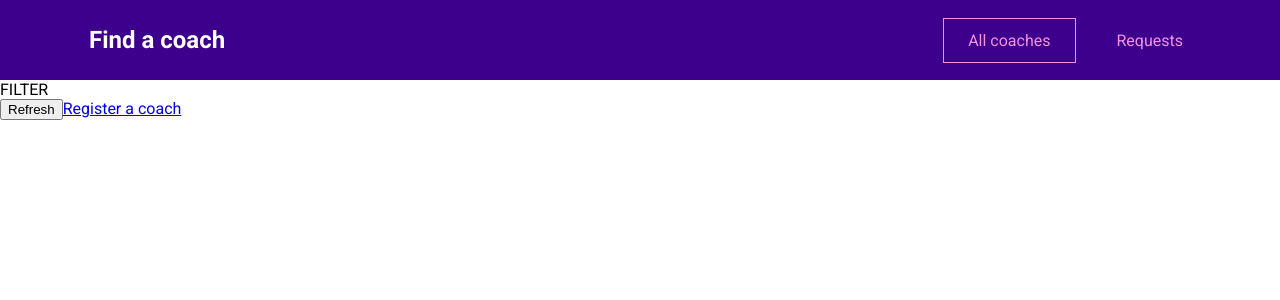
Repository: DaveBaulch/vue-course-find-a-coach
Page: /
An editor plug-in stored every save of this project. The page is shown before and after a run of saves, followed by the edit.
The browser window is 1280 px wide. The pictures show the whole page.
The project was rebuilt for these pictures with package versions that can differ from the ones it lists, and the page was loaded fresh each time. Also part of the build but not shown: src/pages/coaches/CoachDetail.vue, src/pages/coaches/CoachRegistration.vue, src/pages/requests/ContactCoach.vue, src/pages/requests/RequestsReceived.vue. Imported but missing from the stored project, and not drawn on this page: src/pages/NotFound.vue.

Above is the page before, as saved 2021-01-23 14:39:51.

### src/App.vue
<template>
  <div id="app">
    <the-header />
    <router-view/>
  </div>
</template>

<script>
  import TheHeader from './components/layout/TheHeader.vue'

  export default {
    components: {
      TheHeader
    }
  }
</script>



<style>
@import url("https://fonts.googleapis.com/css2?family=Roboto:wght@400;700&display=swap");

* {
  box-sizing: border-box;
}

html {
  font-family: "Roboto", sans-serif;
}

body {
  margin: 0;
}

</style>

### src/router/index.js
import Vue from 'vue'
import VueRouter from 'vue-router'
import CoachDetail from '../pages/coaches/CoachDetail.vue';
import CoachesList from '../pages/coaches/CoachesList.vue';
import CoachRegistation from '../pages/coaches/CoachRegistration.vue';
import ContactCoach from '../pages/requests/ContactCoach.vue';
import RequestsReceived from '../pages/requests/RequestsReceived.vue';
import NotFound from '../pages/NotFound.vue'

Vue.use(VueRouter)

const routes = [
  {
    path: '/', redirect: '/coaches'
  },
  {
    path: '/coaches', component: CoachesList
  },
  {
    path: '/coaches/:id',
    component: CoachDetail,
    children: [
      { path: 'contact', component: ContactCoach } // /coaches/c1/contact
    ]
  },
  { path: '/register', component: CoachRegistation },
  { path: '/requests', component: RequestsReceived },
  { path: '/:notFound(.*)', component: NotFound }
]

const router = new VueRouter({
  mode: 'history',
  base: process.env.BASE_URL,
  routes
})

export default router

### src/store/index.js
import Vue from 'vue'
import Vuex from 'vuex'
import coachesModule from './modules/coaches/index.js'

Vue.use(Vuex)

const store = new Vuex.Store({
  modules: {
    coaches: coachesModule
  }
})

export default store;

### src/components/layout/TheHeader.vue
<template>
<header>
  <nav>
    <h1><router-link to="/">Find a coach</router-link></h1>
    <ul>
      <li><router-link to="/coaches">All coaches</router-link></li>
      <li><router-link to="/requests">Requests</router-link></li>
    </ul>
  </nav>
</header>
</template>

<script>
export default {
}
</script>

<!-- Add "scoped" attribute to limit CSS to this component only -->
<style scoped>
header {
  width: 100%;
  height: 5rem;
  background-color: #3d008d;
  display: flex;
  justify-content: center;
  align-items: center;
}

header a {
  text-decoration: none;
  color: #f391e3;
  display: inline-block;
  padding: 0.75rem 1.5rem;
  border: 1px solid transparent;
}

a:active,
a:hover,
a.router-link-active {
  border: 1px solid #f391e3;
}

h1 {
  margin: 0;
}

h1 a {
  color: white;
  margin: 0;
}

h1 a:hover,
h1 a:active,
h1 a.router-link-active {
  border-color: transparent;
}

header nav {
  width: 90%;
  margin: auto;
  display: flex;
  justify-content: space-between;
  align-items: center;
}

header ul {
  list-style: none;
  margin: 0;
  padding: 0;
  display: flex;
  justify-content: center;
  align-items: center;
}

li {
  margin: 0 0.5rem;
}
</style>

### src/pages/coaches/CoachesList.vue
<template>
<div>
  <section>
    FILTER
  </section>
  <section>
    <div class="controls">
      <button>Refresh</button>
      <router-link to="/register">Register a coach</router-link>
    </div>
    <ul v-if="hasCoaches">
      <coach-item></coach-item>
    </ul>
    <h3 v-else>No coaches found</h3>
  </section>
  </div>
</template>

<script>
  import  CoachItem from '../../components/coaches/CoachItem.vue'

  export default {
    components: {

    },
    computed: {
      filteredCoaches() {
        return this.$store.getters['coaches/coaches'];
      },
      hasCoaches() {
        return this.$store.getters['coaches/hasCoaches'];
      }
    }
  }
</script>

### src/store/modules/coaches/index.js
import mutations from './mutations.js'
import actions from './actions.js'
import getters from './getters.js'

export default {
  namespaced: true,
  state() {
    return {
      coaches: [
        {
          id: 'c1',
          firstName: 'Dave',
          lastName: 'Baulch',
          areas: ['frontend', 'backend', 'career'],
          description:
            "I'm dave and I've worked as a freelance web developer for years. Let me help you become a developer as well!",
          hourlyRate: 30
        },
        {
          id: 'c2',
          firstName: 'Julie',
          lastName: 'Jones',
          areas: ['frontend', 'career'],
          description:
            'I am Julie and as a senior developer in a big tech company, I can help you get your first job or progress in your current role.',
          hourlyRate: 30
        }
      ]
    }
  },
  mutations,
  actions,
  getters
}

### src/store/modules/coaches/getters.js
export default {
  coaches(state) {
    return state.coaches;
  },
  hasCoaches(state) {
    return state.coaches && state.coaches.length > 0;
  }
}

### src/components/coaches/CoachItem.vue
<template>
  <li>
    <h3>{{ fullName }}</h3>
    <h4>${{ rate }}</h4>
    <div>
      <span v-for="area in areas" :key="area">
        {{ area }}
      </span>
    </div>
    <div class="actions">
      <router-link :to="coachContactLink">Contact</router-link>
      <router-link :to="coachDetailsLink">View Details</router-link>
    </div>
  </li>
</template>

<script>
  export default {
    props: ['id', 'firstName', 'lastName', 'rate', 'area'],
    computed: {
      fullName() {
        return this.firstName + '' + this.lastName
      },
      coachContactLink() {
        return this.$route.path + '/' + this.id + /contact/
      },
      coachDetailsLink() {
        return this.$route.path + '/' + this.id // current route path /coaches/c1
      }
    }
  }
</script>

<style scoped>
  ul {
    list-style: none;
    margin: 0;
    padding: 0;
  }

  .controls {
    display: flex;
    justify-content: space-between;
  }
</style>

Loaded but not shown: public/index.html (common file); src/main.js (common file); src/store/modules/coaches/mutations.js (common file); src/store/modules/coaches/actions.js (common file)

After the next 2 saves:
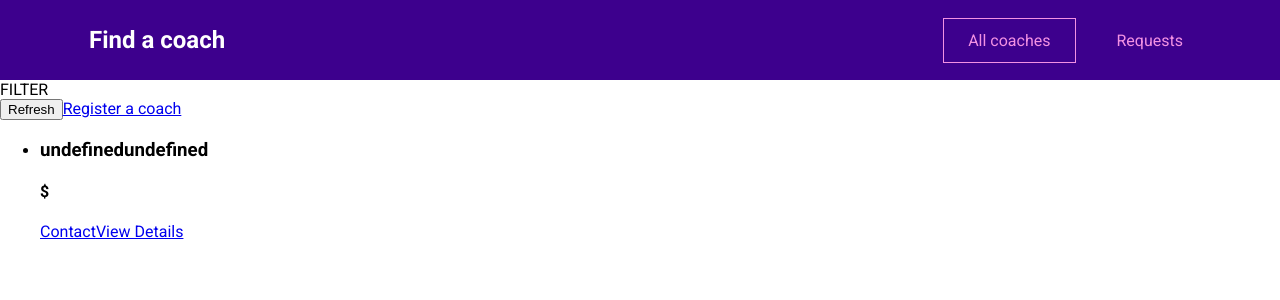
The 2 saves are shown as one change because they came seconds apart.
The last was saved 8 s later.
--- a/src/pages/coaches/CoachesList.vue
+++ b/src/pages/coaches/CoachesList.vue
@@ -21,7 +21,7 @@
 
   export default {
     components: {
-
+      CoachItem
     },
     computed: {
       filteredCoaches() {
